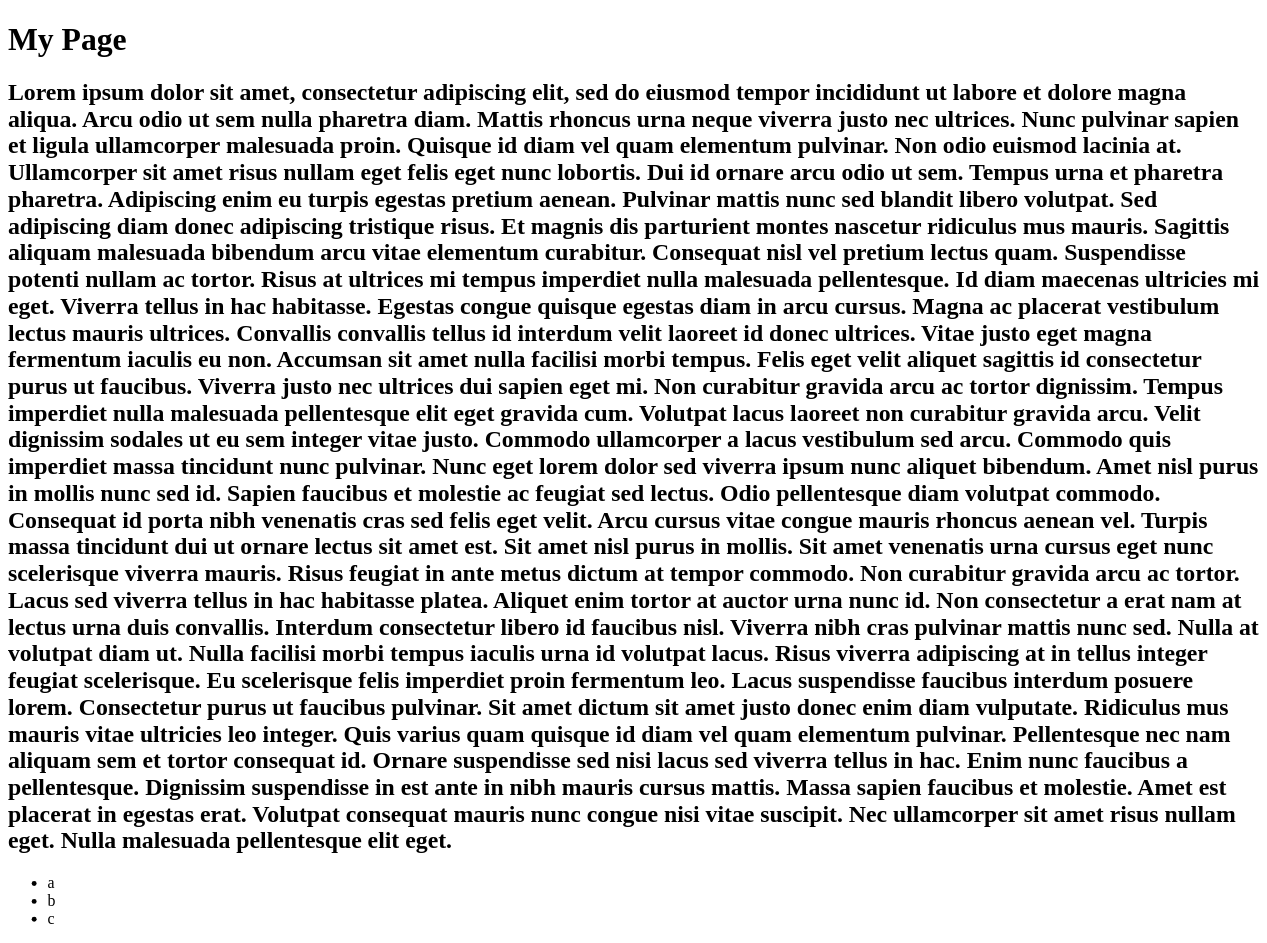
Repository: MelindaN14/My-Personal-Website
Page: portfolio.html
The author's editor kept a copy of each file at every save. The page is drawn from the files as they stood at one save, then again after a run of saves.
The browser window is 1280 px wide. The pictures show the whole page, at 99% of full size.

Above is the page before, as saved 2024-03-20 19:16:43.

After the next 9 saves:
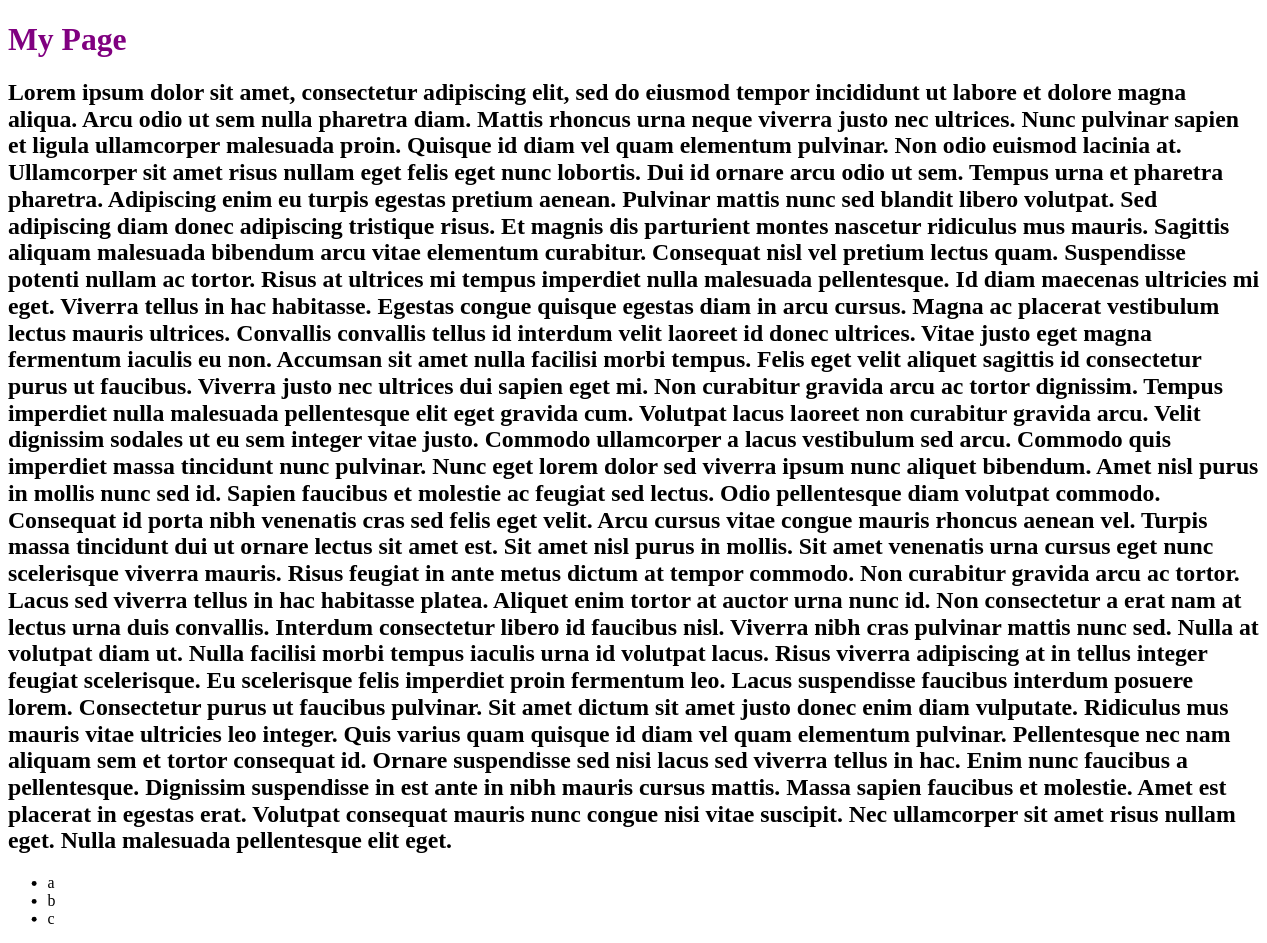
The 9 saves are shown as one change because they came seconds apart.
The last was saved 2 min 52 s later.
--- a/style.css
+++ b/style.css
@@ -3,3 +3,7 @@
   font-style: "Brush Script MT", cursive;
   text-align: center;
 }
+
+h1{
+    color:purple;
+}
